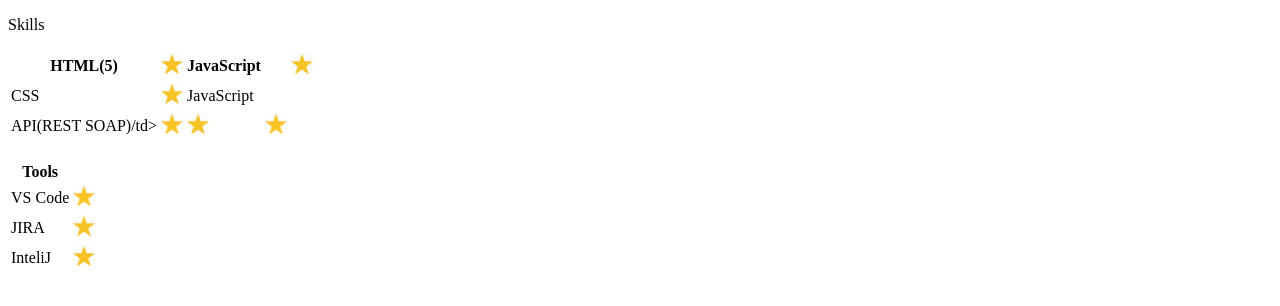
Repository: ew-code/Web-Development
Page: HTML - Personal Site/abilities.html
An editor plug-in stored every save of this project. The page is shown before and after a run of saves, followed by the edit.
The browser window is 1280 px wide. The pictures show the whole page.

Above is the page before, as saved 2021-01-03 17:22:32.

After the next 2 saves:
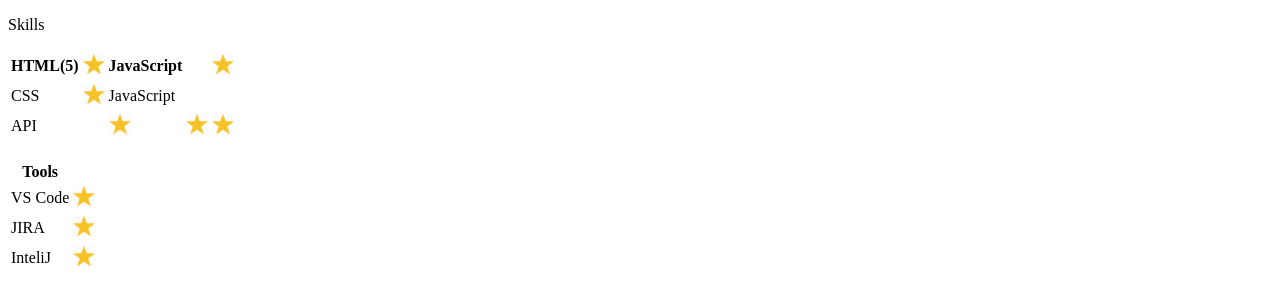
The 2 saves are shown as one change because they came seconds apart.
The last was saved 10 s later.
--- a/HTML - Personal Site/abilities.html
+++ b/HTML - Personal Site/abilities.html
@@ -24,7 +24,7 @@
       <td>JavaScript</td>
     </tr>
     <tr>
-      <td>API(REST SOAP)/td>
+      <td>API<td>
       <td><img src="images\star.png" alt="yellow star"></td>
       <td><img src="images\star.png" alt="yellow star"></td>
       <td><img src="images\star.png" alt="yellow star"></td>
